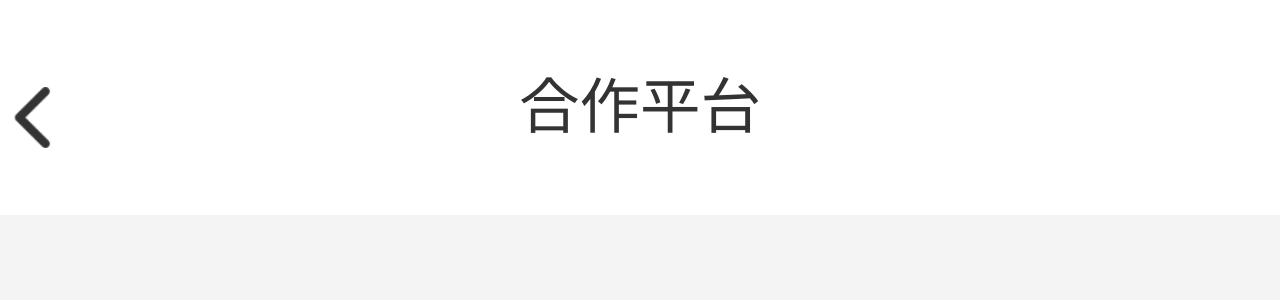
Repository: GgoodBoy/js-object
Page: jquery懒加载/platObj/platForm.html
The author's editor kept a copy of each file at every save. The page is drawn from the files as they stood at one save, then again after the next save.
The browser window is 1280 px wide. The pictures show the whole page.
Some web libraries are served in a nearby version.

Above is the page before, as saved 2019-10-15 14:01:05.

After the next save:
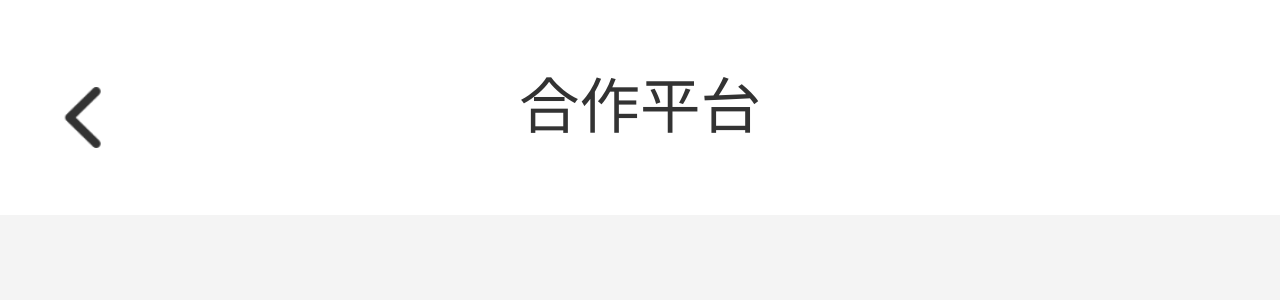
Saved 34 s later.
--- a/jquery懒加载/platObj/platForm.html
+++ b/jquery懒加载/platObj/platForm.html
@@ -66,7 +66,7 @@
 }
 #platFormId .titleNav .imgInf{
     position: absolute;
-    left: 0;
+    left: 0.3rem;
     width: 0.36rem;
     bottom: 0.4rem;
 }
